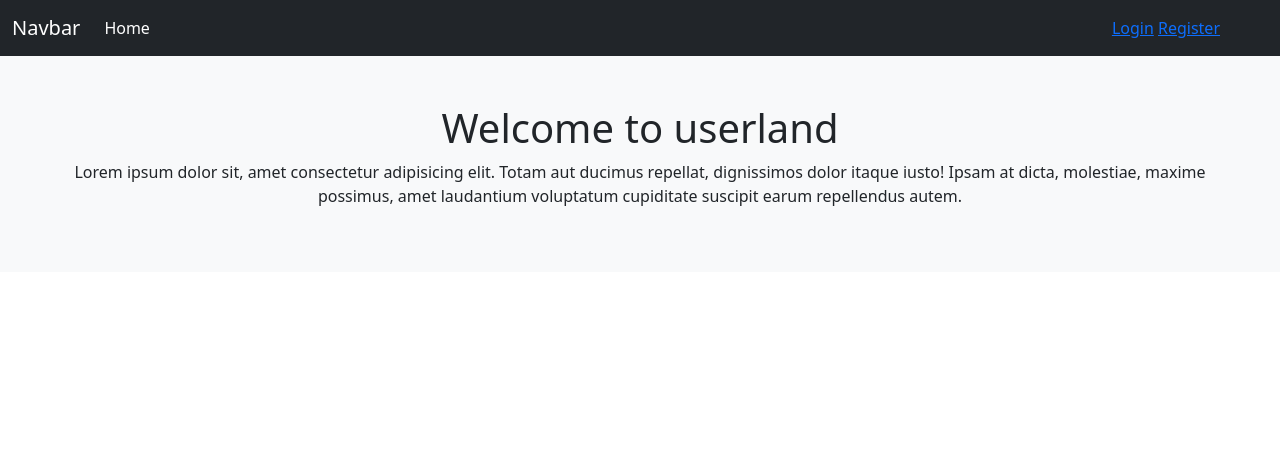
Repository: BrittleHeart/symfony-users--crud
Page: templates/home/home.html.twig
These files come from the project's save history. The page is drawn as it stood at one moment and after a run of saves; the edit follows.
The browser window is 1280 px wide. The pictures show the whole page.
The page is a Twig template of a Symfony application; nobody is signed in and links lead nowhere. The template is opened directly, without the code that normally fills it, so the values that code supplies are empty.

Above is the page before, as saved 2021-02-20 15:49:23.

After the next 2 saves:
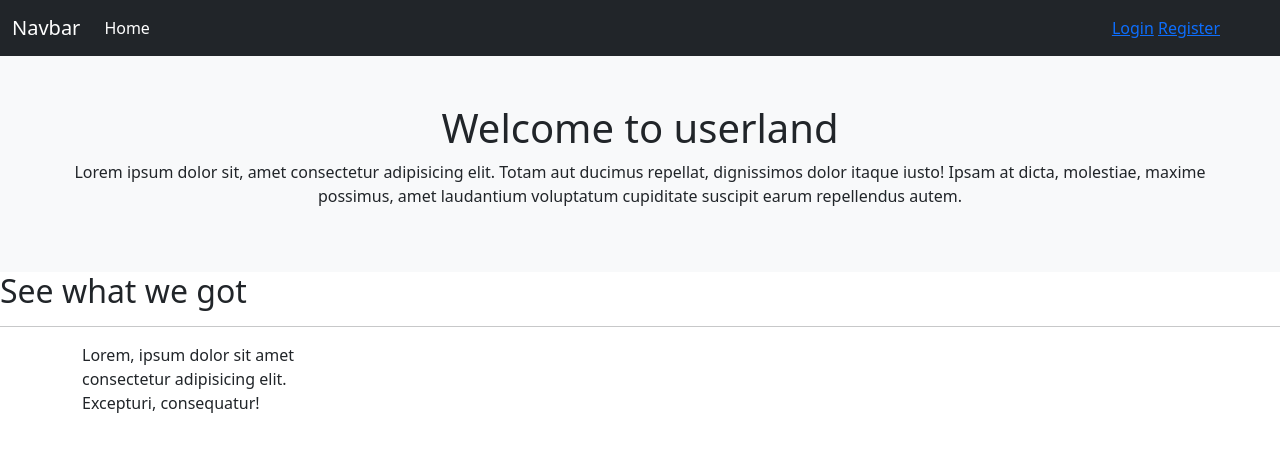
The 2 saves are shown as one change because they came seconds apart.
The last was saved 38 s later.
--- a/templates/home/home.html.twig
+++ b/templates/home/home.html.twig
@@ -8,9 +8,11 @@
 </header>
 
 <main class="main">
+    <h2>See what we got</h2>
+    <hr>
     <div class="container">
         <div class="row">
-            <div class="col-md-3"></div>
+            <div class="col-md-3">Lorem, ipsum dolor sit amet consectetur adipisicing elit. Excepturi, consequatur!</div>
             <div class="col-md-3"></div>
             <div class="col-md-3"></div>
             <div class="col-md-3"></div>
